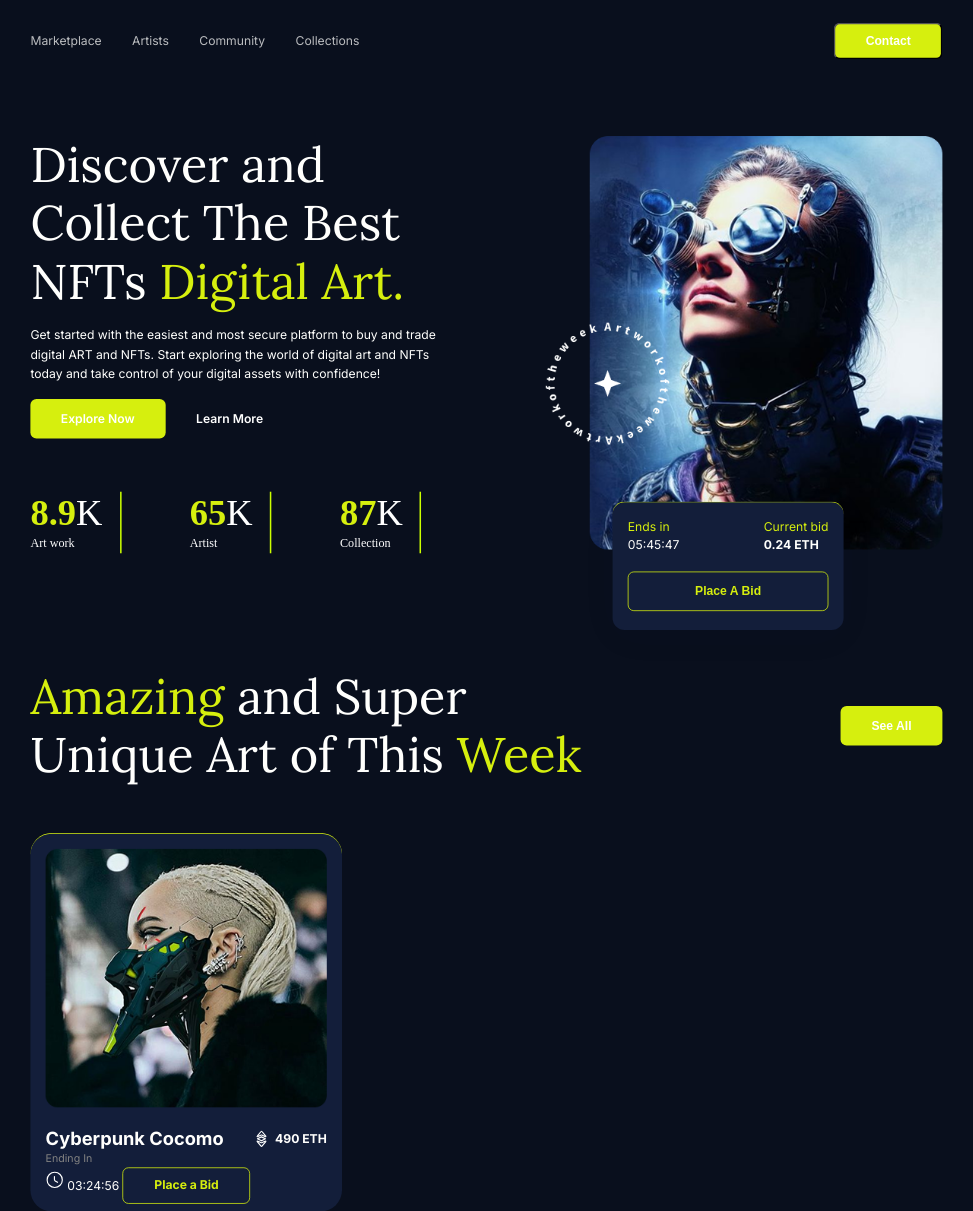
Repository: Kamron5505/NftMarketplace
Page: index.html
These files come from the project's save history. The page is drawn as it stood at one moment and after the next save; the edit follows.
The browser window is 1280 px wide. The pictures show the whole page, at 76% of full size.

Above is the page before, as saved 2025-07-09 14:06:46.

After the next save:
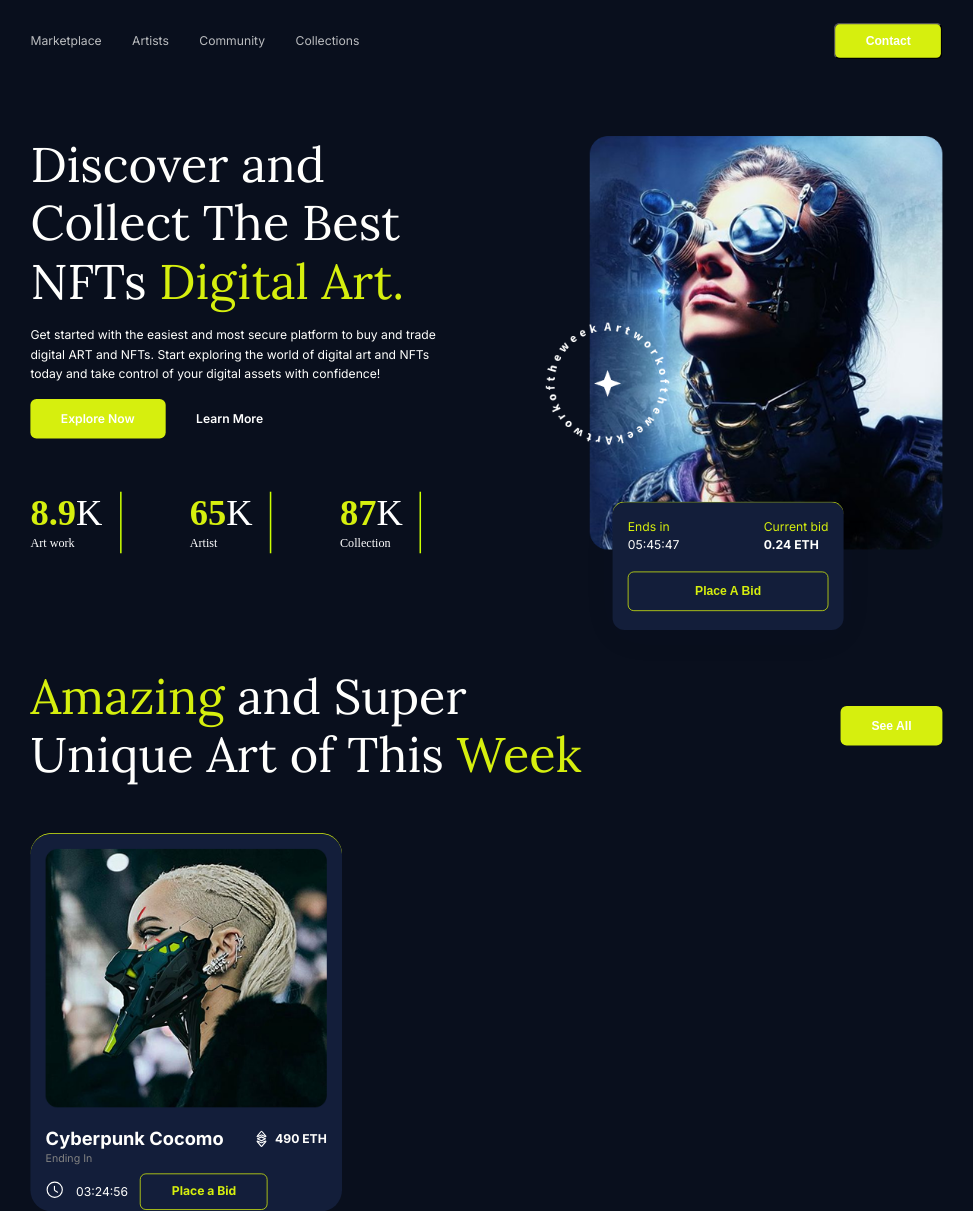
Saved 6 s later.
--- a/style.css
+++ b/style.css
@@ -328,6 +328,33 @@ h6 {
     color: #fffffd;
 }
 
+.art-card__time-row {
+    display: flex;
+    align-items: center;
+    gap: 16px;
+    /* Расстояние между элементами, можешь изменить */
+    margin-top: 8px;
+    /* немного отступа после "Ending In" */
+}
+
+.art-card__btn-bid {
+    font-family: "Inter", sans-serif;
+    font-weight: 700;
+    font-size: 16px;
+    line-height: 120%;
+    color: #fffffd;
+    border-radius: 8px;
+    padding: 12px 24px;
+    background: #d6ef0e;
+    border: none;
+    cursor: pointer;
+    transition: background 0.3s ease;
+}
+
+.art-card__btn-bid:hover {
+    background: #c4dd00;
+}
+
 .art-card__image {}
 
 .art-card-name {
